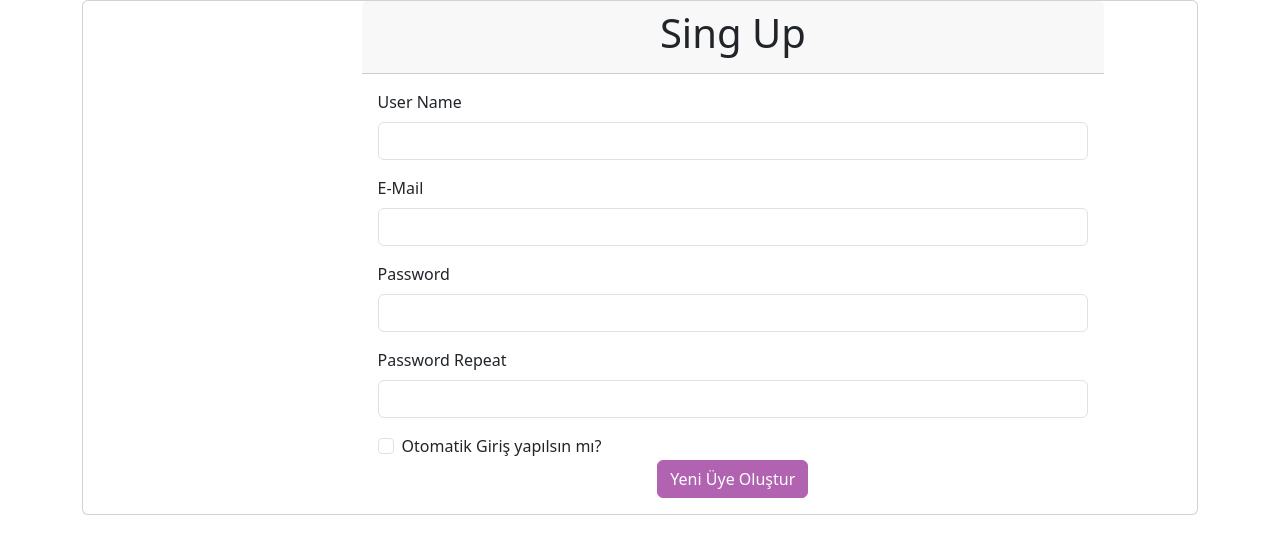
Repository: gursoyfahrettin20/startupProjectWeb
Page: /
The author's editor kept a copy of each file at every save. The page is drawn from the files as they stood at one save, then again after the next save.
The browser window is 1280 px wide. The pictures show the whole page.
The project was rebuilt for these pictures with package versions that can differ from the ones it lists, and the page was loaded fresh each time. Also part of the build but not shown: vite.config.js.

Above is the page before, as saved 2024-01-18 00:01:14.

After the next save:
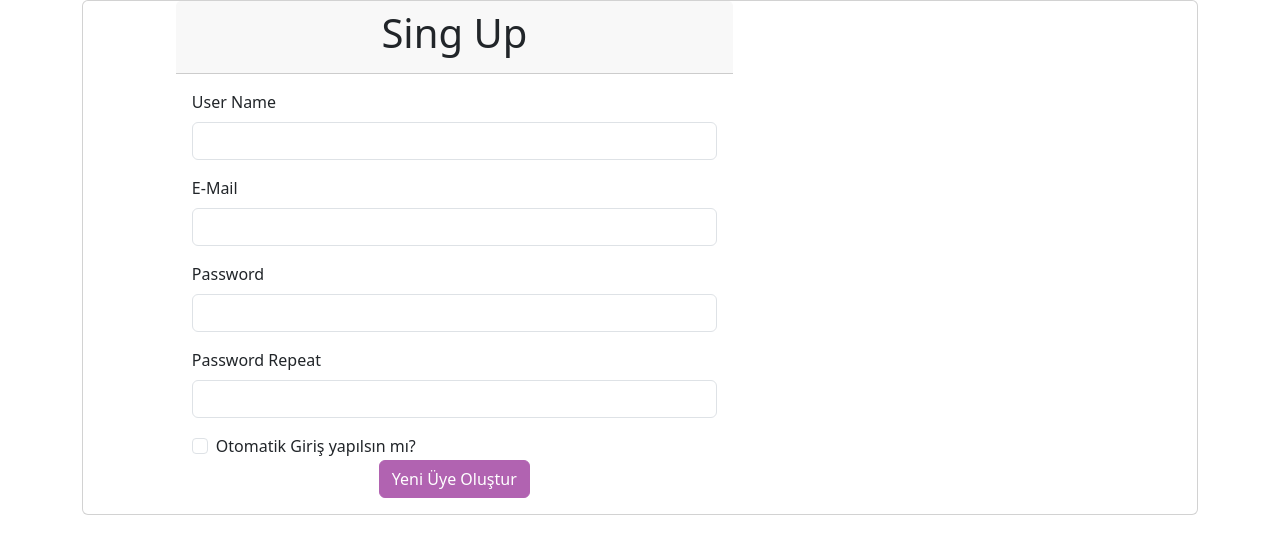
Saved 14 s later.
--- a/src/pages/SignUp/index.jsx
+++ b/src/pages/SignUp/index.jsx
@@ -64,7 +64,7 @@ function index() {
     return (
         <div className='container'>
             <form className='card' onSubmit={onSubmit}>
-                <div className='col-lg-8 offset-lg-3 col-sm-6 offset-sm-2'>
+                <div className='col-lg-6 offset-lg-1 col-sm-8 offset-sm-2'>
                     <div className='text-center card-header'>
                         <h1>Sing Up</h1>
                     </div>
